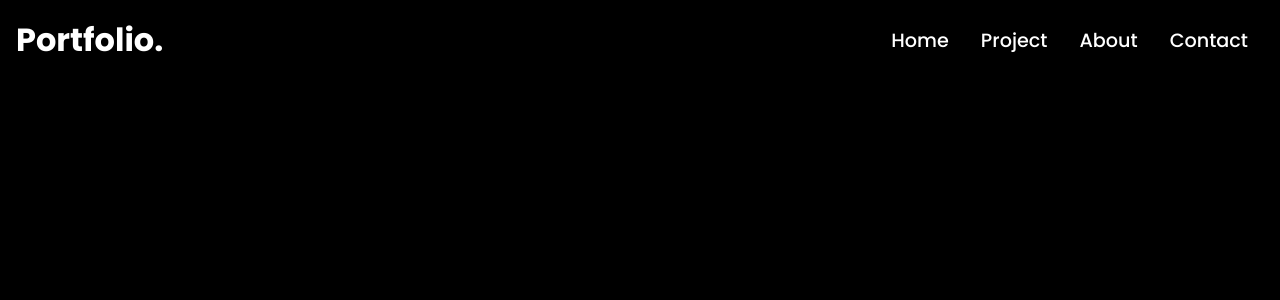
Repository: parisha-b3/My_Portfolio
Page: /
The author's editor kept a copy of each file at every save. The page is drawn from the files as they stood at one save, then again after the next save.
The browser window is 1280 px wide. The pictures show the whole page.
The project was rebuilt for these pictures with package versions that can differ from the ones it lists, and the page was loaded fresh each time. Also part of the build but not shown: src/routes/About.js, src/routes/Project.js, src/routes/Contact.js.

Above is the page before, as saved 2024-10-14 12:13:03.

### src/index.js
import React from 'react';
import ReactDOM from 'react-dom/client';
import './index.css';
import App from './App';
import { BrowserRouter } from "react-router-dom";

const root = ReactDOM.createRoot(document.getElementById('root'));
root.render(
  <BrowserRouter>
    <App />
  </BrowserRouter>
);

;

### src/index.css
@import url('https://fonts.googleapis.com/css2?family=Poppins:ital,wght@0,100;0,200;0,300;0,400;0,500;0,600;0,700;0,800;0,900;1,100;1,200;1,300;1,400;1,500;1,600;1,700;1,800;1,900&display=swap');

*{
  box-sizing: border-box;
  margin: 0;
  padding: 0;
  font-family: "Poppins", sans-serif;
}
body {
  background: #000;
}
h1,h4,p,a{
  color:#fff;
  text-decoration: none;
}
ul{
  list-style-type: none;
}
.btn{
  padding: 12px 32px;
  font-size: 1rem;
  text-transform: uppercase;
  background: rgb(248, 217, 15);
  color: #222;
  border: 1px solid #fff;
  font-weight: 600;
  cursor: pointer;
}
.btn-light{
  background: transparent;
  color: #fff;
}
.btn:hover{
  background: rgba(255, 255, 255, 0);
  color: #fff;
  transition: 0.3s;
}

### src/App.js
import React from "react";
import "./index.css";
import Home from "./routes/Home";
import About from "./routes/About";
import Project from "./routes/Project";
import Contact from "./routes/Contact";
import { Route, Routes } from "react-router-dom";


function App() {
  return (
    <>
    <Routes>
      <Route path="/" element={<Home />} />
      <Route path="/about" element={<About />} />
      <Route path="/project" element={<Project />} />
      <Route path="/contact" element={<Contact />} />
    </Routes>
    </>
  );
}

export default App;

### src/routes/Home.js
import React from 'react';
import Navbar from "../components/Navbar";

const Home = () => {
  return (
    <div>
      <Navbar/>
    </div>
  )
}

export default Home

### src/components/Navbar.js
import "./NavbarStyles.css";
import React from 'react';
import { Link } from "react-router-dom";

import { FaBars } from "react-icons/fa";

const Navbar = () => {
  return (
    <div className="header">
        <Link to="/">
        <h1>Portfolio.</h1>
        </Link>
        <ul className="nav-menu">
            <li><Link to="/">Home</Link></li>
            <li><Link to="/project">Project</Link></li>
            <li><Link to="/about">About</Link></li>
            <li><Link to="/contact">Contact</Link></li>
        </ul>

    </div>
  )
}

export default Navbar

### src/components/NavbarStyles.css
.header{
    display: flex;
    justify-content: space-between;
    align-items: center;
    padding: 1rem;
}
.nav-menu{
    display: flex;
}
.nav-menu li{
    padding: 0 1rem;
}
.nav-menu a{
    font-size: 1.2rem;
    font-weight: 500;
}
@media screen and (max-width:1040px) {
    .nav-menu{
        flex-direction: column;
        justify-content: center;
        align-items: center;
        width: 100%;
        height: 100vh;
        background: rgba(0,0,0,0.9);
        position: absolute;
        top: 0;
        left: 0;
        z-index: -3;
    }
    .nav-menu li{
        padding: 1rem 0;
    }
    .nav-menu li a{
        font-size: 2rem;
    }
}

Loaded but not shown: public/index.html (common file)

After the next save:
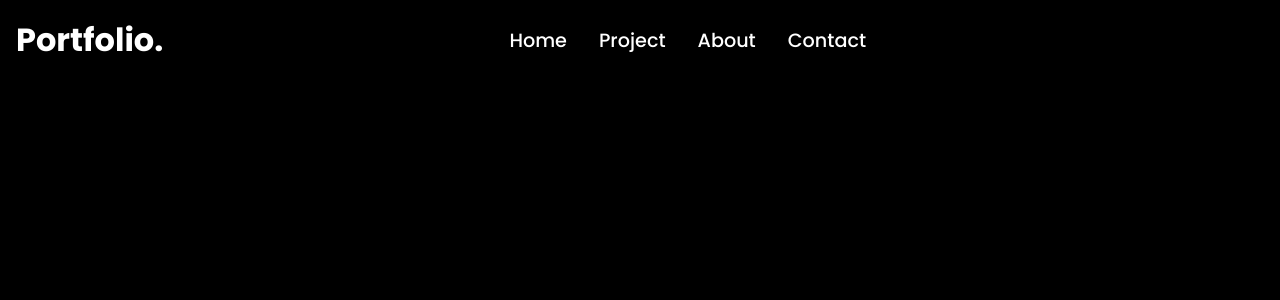
Saved 14 s later.
--- a/src/components/Navbar.js
+++ b/src/components/Navbar.js
@@ -16,6 +16,7 @@ const Navbar = () => {
             <li><Link to="/about">About</Link></li>
             <li><Link to="/contact">Contact</Link></li>
         </ul>
+        .hamb
 
     </div>
   )
